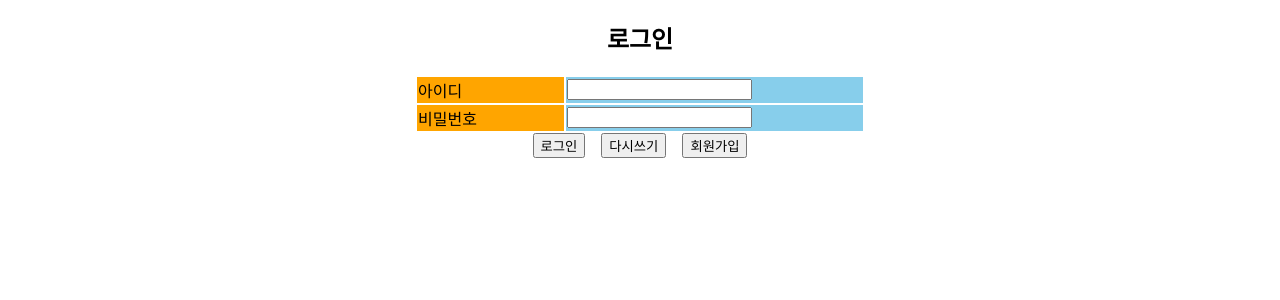
Repository: ReadStar/Jsp_MVC
Page: http://localhost/MVC_Board/member/login_form.jsp
The author's editor kept a copy of each file at every save. The page is drawn from the files as they stood at one save, then again after the next save.
The browser window is 1280 px wide. The pictures show the whole page.
The page is served by Tomcat 9.

Above is the page before, as saved 2020-11-23 07:04:40.

After the next save:
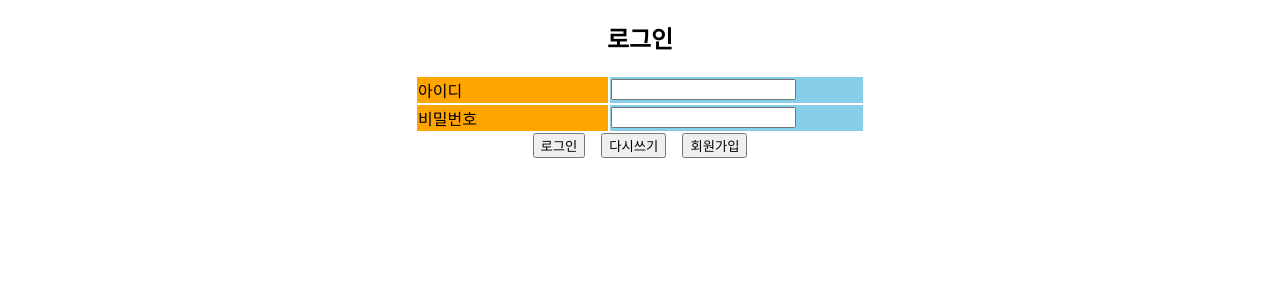
Saved 31 s later.
--- a/MVC_Board/WebContent/member/login_form.jsp
+++ b/MVC_Board/WebContent/member/login_form.jsp
@@ -28,7 +28,7 @@ table{
 }
 
 .td_right{
-	width: 300px;
+	width: 200px;
 	background: skyblue;
 }
 
